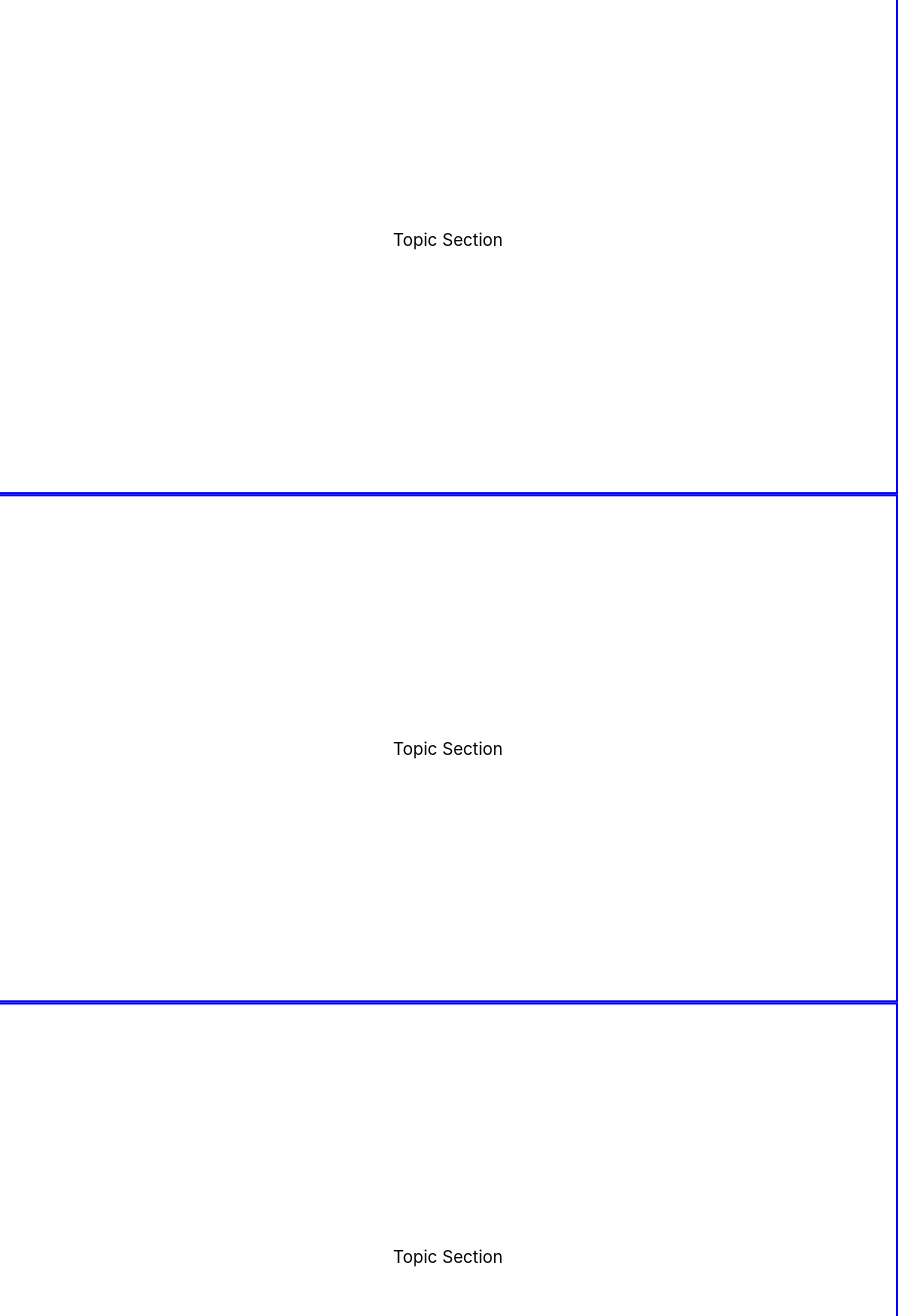
Repository: Achorn/achorn.github.io
Page: /
The author's editor kept a copy of each file at every save. The page is drawn from the files as they stood at one save, then again after the next save.
The browser window is 1280 px wide. The page is 1283 px wide, so the pictures cover 1283 px, including what lies to the right of the window. The pictures show the part of the page from y = 740 to 2620 px (the page is 2898 px tall), at 70% of full size.
The project was rebuilt for these pictures with package versions that can differ from the ones it lists, and the page was loaded fresh each time.

Above is the page before, as saved 2023-05-10 10:46:49.

### public/index.html
<!DOCTYPE html>
<html lang="en">
  <head>
    <meta charset="utf-8" />
    <link rel="icon" href="%PUBLIC_URL%/favicon.ico" />
    <meta name="viewport" content="width=device-width, initial-scale=1" />
    <meta name="theme-color" content="#000000" />
    <meta
      name="description"
      content="Web site created using create-react-app"
    />
    <link rel="apple-touch-icon" href="%PUBLIC_URL%/logo192.png" />
    <!--
      manifest.json provides metadata used when your web app is installed on a
      user's mobile device or desktop. See https://developers.google.com/web/fundamentals/web-app-manifest/
    -->
    <link rel="manifest" href="%PUBLIC_URL%/manifest.json" />
    <!--
      Notice the use of %PUBLIC_URL% in the tags above.
      It will be replaced with the URL of the `public` folder during the build.
      Only files inside the `public` folder can be referenced from the HTML.

      Unlike "/favicon.ico" or "favicon.ico", "%PUBLIC_URL%/favicon.ico" will
      work correctly both with client-side routing and a non-root public URL.
      Learn how to configure a non-root public URL by running `npm run build`.
    -->
    <title>Joshua Achorn</title>
  </head>
  <body>
    <noscript>You need to enable JavaScript to run this app.</noscript>
    <div id="root"></div>
    <!--
      This HTML file is a template.
      If you open it directly in the browser, you will see an empty page.

      You can add webfonts, meta tags, or analytics to this file.
      The build step will place the bundled scripts into the <body> tag.

      To begin the development, run `npm start` or `yarn start`.
      To create a production bundle, use `npm run build` or `yarn build`.
    -->
  </body>
</html>

### src/App.js
import "./App.css";
import "./main/Main";
import Main from "./main/Main";
function App() {
  return (
    <div className="App">
      <Main />
    </div>
  );
}

export default App;

### src/App.css
.App {
  text-align: center;
  /* border-style: solid;
  border-color: red; */
}

### src/main/Main.js
import selfie from "../assets/selfie.jpg";
import { ReactComponent as AcornSvg } from "../assets/acorn.svg";
import { ReactComponent as AcornMedleySvg } from "../assets/acorn-medley.svg";
import "./Main.css";

function Main() {
  return (
    <header className="Main-header">
      <HeroSection />
      <TopicSection />
      <TopicSection />
      <TopicSection />
    </header>
  );
}

function HeroSection() {
  return (
    <div className="Hero-section">
      <TitleWithLine />
      <div className="Image-container">
        <img src={selfie} className="App-logo" alt="logo" />
      </div>
      <BottomIconContainer />
    </div>
  );
}

function TitleWithLine() {
  return (
    <div className="TitleWithLine">
      <h1 id="title">JOSHUA ACHORN</h1>
      <div class="vl"></div>
      <h2 id="description">music - coding - design</h2>
    </div>
  );
}

function UnderConstruction() {
  return (
    <div className="Under-construction">
      <h3 id="under-construction-text">UNDER </h3>
      <AcornSvg className="Acorn-logo" />
      <h3 id="under-construction-text"> CONSTRUCTION</h3>
    </div>
  );
}
function BottomIconContainer() {
  return (
    <div className="Bottom-icon-container">
      <AcornMedleySvg className="Acorn-medley-svg" />
    </div>
  );
}

function TopicSection() {
  return <div className="Topic-section">Topic Section</div>;
}

export default Main;

### src/main/Main.css
.Main-header {
  /* background-color: #282c34; */
  /* border-style: solid; */
  /* border-color: green; */
  user-select: none;
  /* min-height: 100vh; */
  display: flex;
  flex-direction: column;
  align-items: center;
  font-size: calc(10px + 2vmin);
}
.Hero-section {
  display: flex;
  flex-direction: column;
  align-items: center;
  min-height: 100vh;
}

.TitleWithLine {
  /* margin-top: 3vh;
  margin-bottom: 3vh; */
  height: 15vh;
  display: flex;
  flex-direction: row;
  align-items: center;
  justify-content: center;
  /* border-style: solid; */
  /* border-color: blue; */
}

.vl {
  margin-left: 2vw;
  margin-right: 2vw;
  border-left: 1px solid black;
  height: 7vh;
}
#title {
  font-family: "futura-pt", sans-serif;
  font-weight: 500;
  color: #000;
  line-height: 2.23vw;
  display: flex;
  align-items: center;
  justify-content: flex-end;
  width: 35vw;
  text-align: right;
  letter-spacing: 0.39vw;
  font-size: 1.6vw;
}
#description {
  letter-spacing: 0.125vw;
  font-family: "caslon";
  font-size: 1.5vw;
  color: #000;
  font-style: italic;
  font-weight: 500;
  line-height: 18px;
  text-align: left;
  width: 35vw;
  text-transform: none;
}

.Image-container {
  height: 60vh;
  width: 60vw;
  /* border-style: solid; */
  /* border-color: green; */
  overflow: hidden;
}

.App-logo {
  height: 100%;
  width: 100%;
  object-fit: cover;
}

.Under-construction {
  border-style: solid;
  border-color: blue;
  height: 25vh;
  display: flex;
  flex-direction: row;
  align-items: center;
  justify-content: center;
}
#under-construction-text {
  user-select: none;
  /* border-style: solid; */
  /* border-color: blue; */
  font-family: "futura-pt", sans-serif;
  font-weight: 500;
  line-height: 2.23vw;
  letter-spacing: 0.39vw;
  font-size: 1.6vw;
}

.Acorn-logo {
  padding: 1.5vw;
  /* border-style: solid; */
  /* border-color: blue; */
  height: 3vw;
  width: auto;
  fill: black;
}

@media (prefers-reduced-motion: no-preference) {
  .Acorn-logo {
    animation: Acorn-logo-spin infinite 20s linear;
  }
}

@keyframes Acorn-logo-spin {
  from {
    transform: rotate(0deg);
  }
  to {
    transform: rotate(360deg);
  }
}

.Bottom-icon-container {
  /* border-style: solid; */
  /* border-color: blue; */
  height: 25vh;
  display: flex;
  align-items: center;
  justify-content: center;
}

.Acorn-medley-svg {
  height: 16vh;
  width: auto;
  fill: #1f2425;
  /* fill: black; */
}

.Topic-section {
  border-style: solid;
  border-color: blue;
  min-height: 100vh;
  min-width: 100vw;
  display: flex;
  align-items: center;
  justify-content: center;
}

Loaded but not shown: src/index.js (common file); src/index.css (common file); src/reportWebVitals.js (common file)

After the next save:
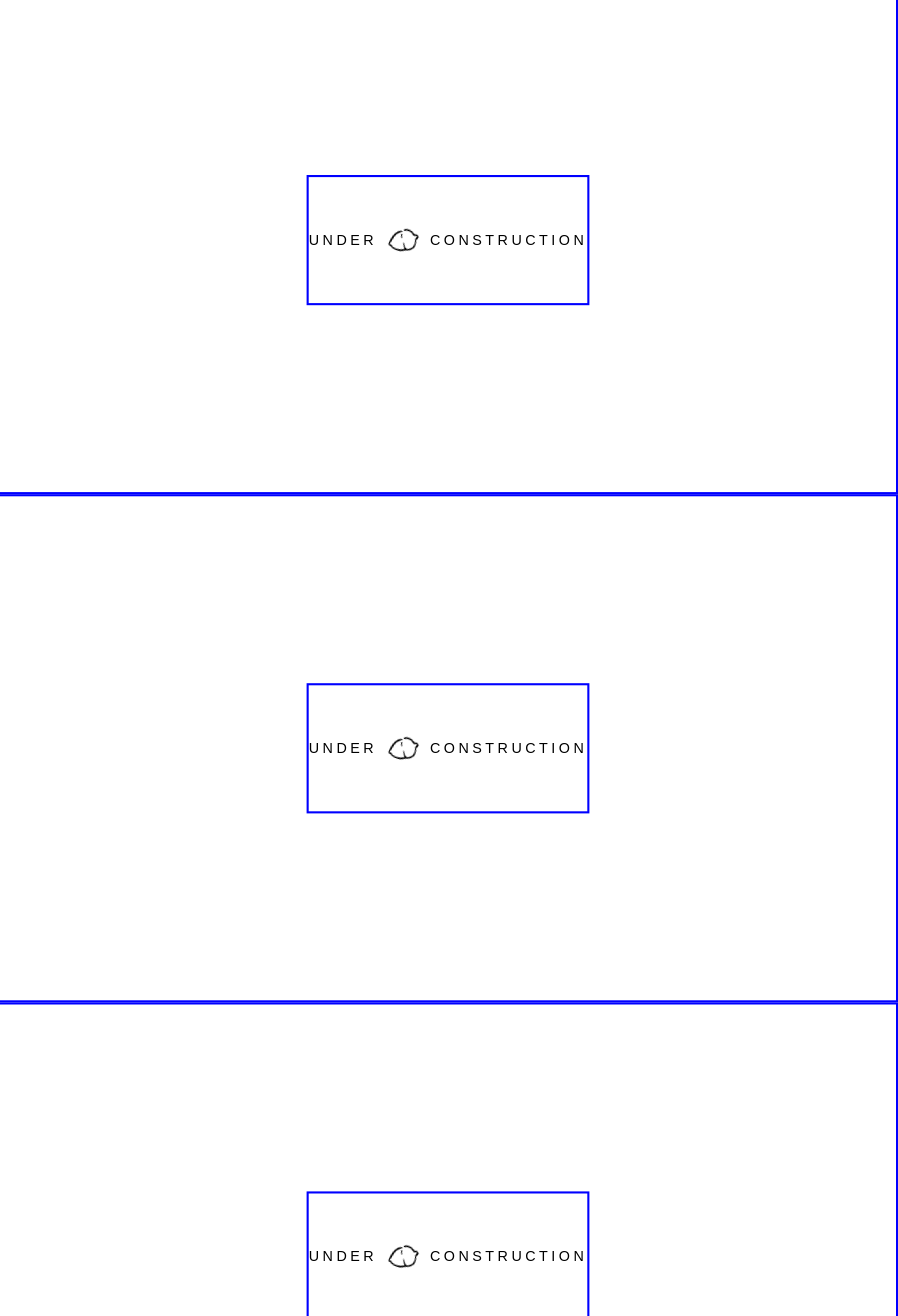
Saved 27 s later.
--- a/src/main/Main.js
+++ b/src/main/Main.js
@@ -54,7 +54,11 @@
 }
 
 function TopicSection() {
-  return <div className="Topic-section">Topic Section</div>;
+  return (
+    <div className="Topic-section">
+      <UnderConstruction />
+    </div>
+  );
 }
 
 export default Main;
